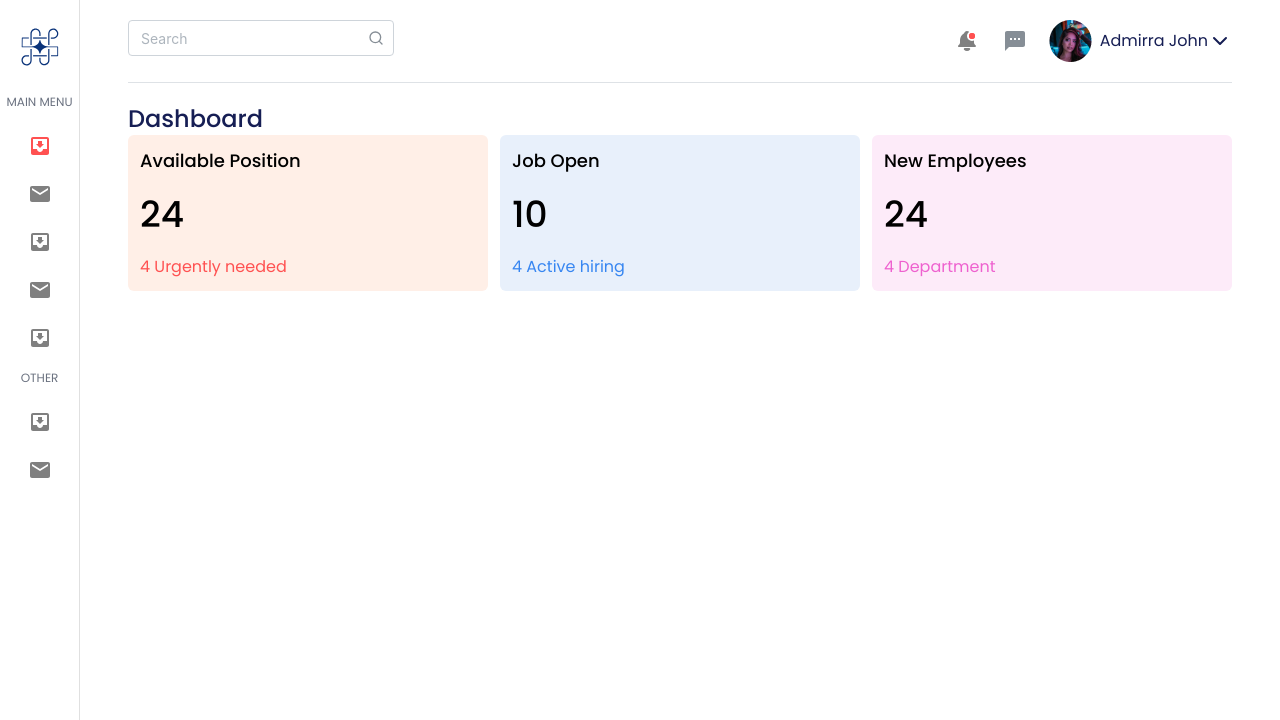
Repository: SatyaDewangan05/sample-dashboard
Page: /
The author's editor kept a copy of each file at every save. The page is drawn from the files as they stood at one save, then again after the next save.
The browser window is 1280 px wide. The pictures show the whole page.
The project was rebuilt for these pictures with package versions that can differ from the ones it lists, and the page was loaded fresh each time. The framework's server and built-in components were replaced by stand-ins that run in the browser. Also part of the build but not shown: next.config.mjs.

Above is the page before, as saved 2024-09-22 00:02:12.

### src/app/layout.js
import localFont from "next/font/local";
import "./globals.css";
import { MantineProvider } from "@mantine/core";
import "@mantine/core/styles.css";

const geistSans = localFont({
  src: "./fonts/GeistVF.woff",
  variable: "--font-geist-sans",
  weight: "100 900",
});
const geistMono = localFont({
  src: "./fonts/GeistMonoVF.woff",
  variable: "--font-geist-mono",
  weight: "100 900",
});

import { Poppins } from "next/font/google";
const poppins = Poppins({
  weight: ["400", "500", "600", "700"], // You can choose different weights like '300', '500' etc.
  subsets: ["latin"],
});

export const metadata = {
  title: "Create Next App",
  description: "Generated by create next app",
};

export default function RootLayout({ children }) {
  return (
    <html lang="en">
      <body className={`${poppins.className} antialiased bg-white`}>
        <MantineProvider>{children}</MantineProvider>
      </body>
    </html>
  );
}

### src/app/page.jsx
import Image from "next/image";
import MiniDrawer from "./components/Drawer";
import {
  ActionIcon,
  Anchor,
  Avatar,
  Divider,
  Indicator,
  TextInput,
  Title,
} from "@mantine/core";
import { Search } from "lucide-react";
import {
  IconBellFilled,
  IconChevronCompactDown,
  IconChevronDown,
} from "@tabler/icons-react";
import TextsmsIcon from "@mui/icons-material/Textsms";
import DP from "@/images/dp.png";
import ThreeData from "./components/card/ThreeData";

export default function Home() {
  return (
    <div className="flex">
      <MiniDrawer />
      <div className="w-full px-12">
        {/* Top Bar */}
        <div className="w-full py-5 flex justify-between">
          <TextInput placeholder="Search" rightSection={<Search size={16} />} />
          <div className="flex items-center gap-5">
            <ActionIcon
              variant="transparent"
              color="gray"
              // c="black"
              aria-label="Settings"
            >
              <Indicator color="#FF5151" offset={7} withBorder>
                <IconBellFilled color="gray" />
              </Indicator>
            </ActionIcon>
            <ActionIcon
              variant="transparent"
              color="gray"
              // c="black"
              aria-label="Settings"
            >
              <TextsmsIcon color="gray" />
            </ActionIcon>
            <div className="flex gap-2 items-center">
              <Image src={DP} />
              <Anchor
                href="https://mantine.dev/"
                target="_blank"
                underline="never"
                c="#161E54"
              >
                <div className="flex items-center">
                  Admirra John
                  <IconChevronDown />
                </div>
              </Anchor>
            </div>
          </div>
        </div>
        <Divider />

        <div className="w-full py-5">
          <p className="text-2xl font-medium text-[#161E54]">Dashboard</p>
          <div className="grid grid-cols-3 gap-3">
            <ThreeData
              heading="Available Position"
              figure={24}
              text="4 Urgently needed"
              bgColor="#FFEFE7"
              textColor="#FF5151"
            />
            <ThreeData
              heading="Job Open"
              figure={10}
              text="4 Active hiring"
              bgColor="#E8F0FB"
              textColor="#3786F1"
            />
            <ThreeData
              heading="New Employees"
              figure={24}
              text="4 Department"
              bgColor="#FDEBF9"
              textColor="#EE61CF"
            />
          </div>
        </div>
      </div>
    </div>
  );
}

### src/app/globals.css
@tailwind base;
@tailwind components;
@tailwind utilities;

:root {
  --background: #ffffff;
  --foreground: #171717;
}

/* @media (prefers-color-scheme: dark) {
  :root {
    --background: #0a0a0a;
    --foreground: #ededed;
  }
} */

body {
  color: var(--foreground);
  background: var(--background);
  font-family: Arial, Helvetica, sans-serif;
}

@layer utilities {
  .text-balance {
    text-wrap: balance;
  }
}

@layer base {
  :root {
    --background: 0 0% 100%;
    --foreground: 0 0% 3.9%;
    --card: 0 0% 100%;
    --card-foreground: 0 0% 3.9%;
    --popover: 0 0% 100%;
    --popover-foreground: 0 0% 3.9%;
    --primary: 0 0% 9%;
    --primary-foreground: 0 0% 98%;
    --secondary: 0 0% 96.1%;
    --secondary-foreground: 0 0% 9%;
    --muted: 0 0% 96.1%;
    --muted-foreground: 0 0% 45.1%;
    --accent: 0 0% 96.1%;
    --accent-foreground: 0 0% 9%;
    --destructive: 0 84.2% 60.2%;
    --destructive-foreground: 0 0% 98%;
    --border: 0 0% 89.8%;
    --input: 0 0% 89.8%;
    --ring: 0 0% 3.9%;
    --chart-1: 12 76% 61%;
    --chart-2: 173 58% 39%;
    --chart-3: 197 37% 24%;
    --chart-4: 43 74% 66%;
    --chart-5: 27 87% 67%;
    --radius: 0.5rem;
  }
  .dark {
    --background: 0 0% 3.9%;
    --foreground: 0 0% 98%;
    --card: 0 0% 3.9%;
    --card-foreground: 0 0% 98%;
    --popover: 0 0% 3.9%;
    --popover-foreground: 0 0% 98%;
    --primary: 0 0% 98%;
    --primary-foreground: 0 0% 9%;
    --secondary: 0 0% 14.9%;
    --secondary-foreground: 0 0% 98%;
    --muted: 0 0% 14.9%;
    --muted-foreground: 0 0% 63.9%;
    --accent: 0 0% 14.9%;
    --accent-foreground: 0 0% 98%;
    --destructive: 0 62.8% 30.6%;
    --destructive-foreground: 0 0% 98%;
    --border: 0 0% 14.9%;
    --input: 0 0% 14.9%;
    --ring: 0 0% 83.1%;
    --chart-1: 220 70% 50%;
    --chart-2: 160 60% 45%;
    --chart-3: 30 80% 55%;
    --chart-4: 280 65% 60%;
    --chart-5: 340 75% 55%;
  }
}

@layer base {
  * {
    @apply border-border;
  }
  body {
    @apply bg-background text-foreground;
  }
}

### src/app/components/Drawer.jsx
"use client";

import { styled } from "@mui/material/styles";
import MuiDrawer from "@mui/material/Drawer";
import List from "@mui/material/List";
import IconButton from "@mui/material/IconButton";
import MenuIcon from "@mui/icons-material/Menu";

import ListItem from "@mui/material/ListItem";
import ListItemButton from "@mui/material/ListItemButton";
import ListItemIcon from "@mui/material/ListItemIcon";
import ListItemText from "@mui/material/ListItemText";
import InboxIcon from "@mui/icons-material/MoveToInbox";
import MailIcon from "@mui/icons-material/Mail";
import { useState } from "react";
import Image from "next/image";

import Logo from "@/images/logo.svg";
import LogoWithName from "@/images/logo_with_name.png";

const drawerWidth = 220;

const openedMixin = (theme) => ({
  width: drawerWidth,
  transition: theme.transitions.create("width", {
    easing: theme.transitions.easing.sharp,
    duration: theme.transitions.duration.enteringScreen,
  }),
  overflowX: "hidden",
});

const closedMixin = (theme) => ({
  transition: theme.transitions.create("width", {
    easing: theme.transitions.easing.sharp,
    duration: theme.transitions.duration.leavingScreen,
  }),
  overflowX: "hidden",
  width: "80px",
  [theme.breakpoints.up("sm")]: {
    width: "80px",
  },
});

const DrawerHeader = styled("div")(({ theme }) => ({
  display: "flex",
  alignItems: "center",
  justifyContent: "center",
  padding: "20px",
  // necessary for content to be below app bar
  ...theme.mixins.toolbar,
}));

const Drawer = styled(MuiDrawer, {
  shouldForwardProp: (prop) => prop !== "open",
})(({ theme }) => ({
  width: drawerWidth,
  flexShrink: 0,
  whiteSpace: "nowrap",
  boxSizing: "border-box",
  variants: [
    {
      props: ({ open }) => open,
      style: {
        ...openedMixin(theme),
        "& .MuiDrawer-paper": openedMixin(theme),
      },
    },
    {
      props: ({ open }) => !open,
      style: {
        ...closedMixin(theme),
        "& .MuiDrawer-paper": closedMixin(theme),
      },
    },
  ],
}));

export default function MiniDrawer() {
  const [open, setOpen] = useState(false);

  const [active, setActive] = useState("Dashboard");

  return (
    <Drawer variant="permanent" open={open}>
      <DrawerHeader>
        <IconButton onClick={() => setOpen((prevState) => !prevState)}>
          {open ? (
            <Image src={LogoWithName} alt="Images" />
          ) : (
            <Image className="mx-auto" src={Logo} alt="Images" />
          )}
        </IconButton>
      </DrawerHeader>
      <p
        className={`h-5 uppercase text-xs  text-gray-500 ${
          open ? "pl-5" : "text-center"
        }`}
      >
        Main Menu
      </p>
      <List>
        {["Dashboard", "Recruitment", "Schedule", "Employee", "Department"].map(
          (text, index) => (
            <ListItem key={text} disablePadding sx={{ display: "block" }}>
              <ListItemButton
                sx={[
                  {
                    minHeight: 48,
                    px: 2,
                    color: active === text ? "#FF5151" : "unset",
                  },
                  open
                    ? {
                        justifyContent: "initial",
                      }
                    : {
                        justifyContent: "center",
                      },
                ]}
                onClick={() => setActive(text)}
              >
                <ListItemIcon
                  sx={[
                    {
                      //   minWidth: 0,
                      justifyContent: "center",
                      color: active === text ? "#FF5151" : "gray",
                    },
                    open
                      ? {
                          mr: 2,
                        }
                      : {
                          mx: "auto",
                        },
                  ]}
                >
                  {index % 2 === 0 ? <InboxIcon /> : <MailIcon />}
                </ListItemIcon>
                <ListItemText
                  primary={text}
                  sx={[
                    open
                      ? {
                          opacity: 1,
                        }
                      : {
                          opacity: 0,
                        },
                  ]}
                />
              </ListItemButton>
            </ListItem>
          )
        )}
      </List>
      <p
        className={`h-5 uppercase text-xs text-gray-500 ${
          open ? " pl-5" : "text-center"
        }`}
      >
        Other
      </p>
      <List>
        {["Support", "Settings"].map((text, index) => (
          <ListItem key={text} disablePadding sx={{ display: "block" }}>
            <ListItemButton
              sx={[
                {
                  minHeight: 48,
                  px: 2,
                },
                open
                  ? {
                      justifyContent: "initial",
                    }
                  : {
                      justifyContent: "center",
                    },
              ]}
              onClick={() => setActive(text)}
            >
              <ListItemIcon
                sx={[
                  {
                    justifyContent: "center",
                    color: active === text ? "#FF5151" : "gray",
                  },
                  open
                    ? {
                        mr: 2,
                      }
                    : {
                        mx: "auto",
                      },
                ]}
              >
                {index % 2 === 0 ? <InboxIcon /> : <MailIcon />}
              </ListItemIcon>
              <ListItemText
                primary={text}
                sx={[
                  open
                    ? {
                        opacity: 1,
                      }
                    : {
                        opacity: 0,
                      },
                ]}
              />
            </ListItemButton>
          </ListItem>
        ))}
      </List>
    </Drawer>
  );
}

### src/app/components/card/ThreeData.jsx
const ThreeData = ({ heading, figure, text, bgColor, textColor }) => {
  return (
    <div
      className="p-3 rounded-md flex flex-col gap-3"
      style={{ backgroundColor: bgColor ? bgColor : "gray" }}
    >
      <p className="text-lg font-medium">{heading}</p>
      <p className="text-[36px] font-medium">{figure}</p>
      <p
        className="text-base"
        style={{ color: textColor ? textColor : "white" }}
      >
        {text}
      </p>
    </div>
  );
};

export default ThreeData;

Loaded but not shown: tailwind.config.js (common file)

After the next save:
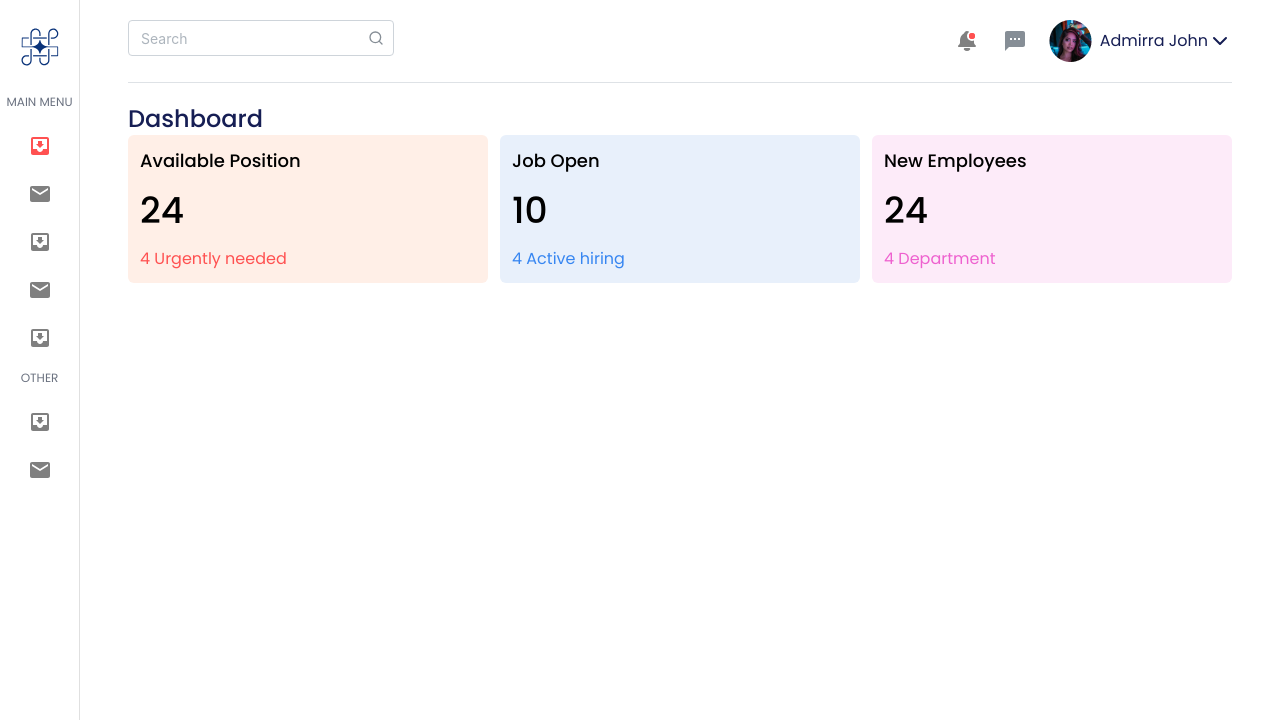
Saved 7 s later.
--- a/src/app/components/card/ThreeData.jsx
+++ b/src/app/components/card/ThreeData.jsx
@@ -1,7 +1,7 @@
 const ThreeData = ({ heading, figure, text, bgColor, textColor }) => {
   return (
     <div
-      className="p-3 rounded-md flex flex-col gap-3"
+      className="p-3 rounded-md flex flex-col gap-2"
       style={{ backgroundColor: bgColor ? bgColor : "gray" }}
     >
       <p className="text-lg font-medium">{heading}</p>
